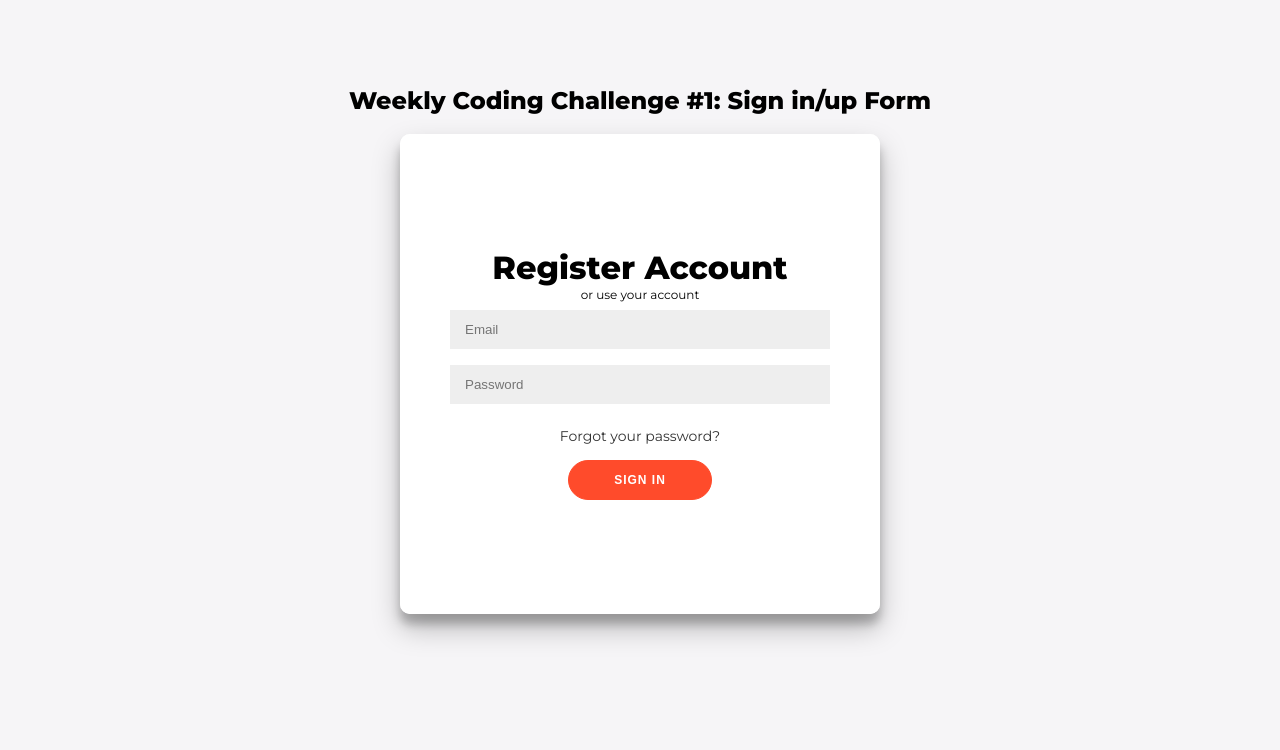
Repository: pvntlc/D-IT-Tech-Internship
Page: Servlet_JSP/Day4/src/main/webapp/login.html
The author's editor kept a copy of each file at every save. The page is drawn from the files as they stood at one save, then again after the next save.
The browser window is 1280 px wide. The pictures show the whole page.

Above is the page before, as saved 2023-09-14 05:13:38.
Console error: TypeError: Cannot read properties of null (reading 'addEventListener')

After the next save:
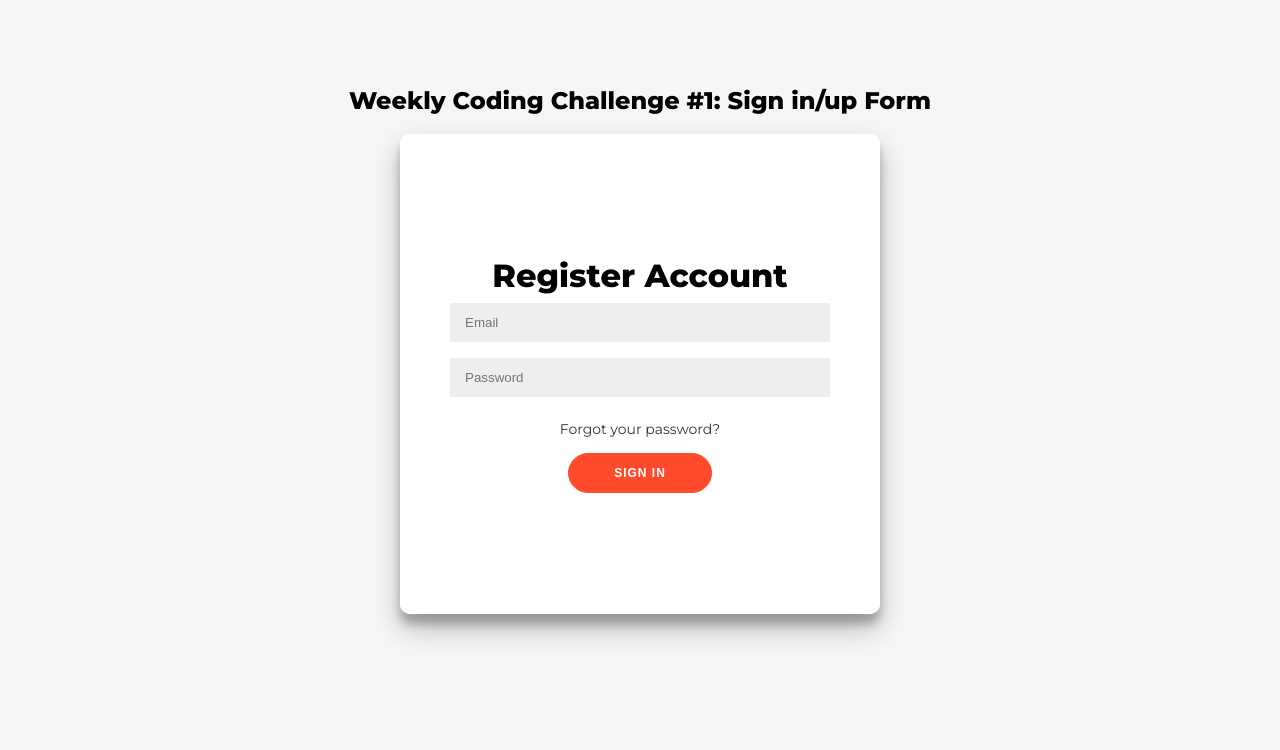
Saved 7 s later.
--- a/Servlet_JSP/Day4/src/main/webapp/login.html
+++ b/Servlet_JSP/Day4/src/main/webapp/login.html
@@ -279,7 +279,6 @@ signInButton.addEventListener('click', () => {
   <div class="form-container sign-in-container">
     <form action="#">
       <h1>Register Account</h1>
-      <span>or use your account</span>
       <input type="email" placeholder="Email" />
       <input type="password" placeholder="Password" />
       <a href="#">Forgot your password?</a>
